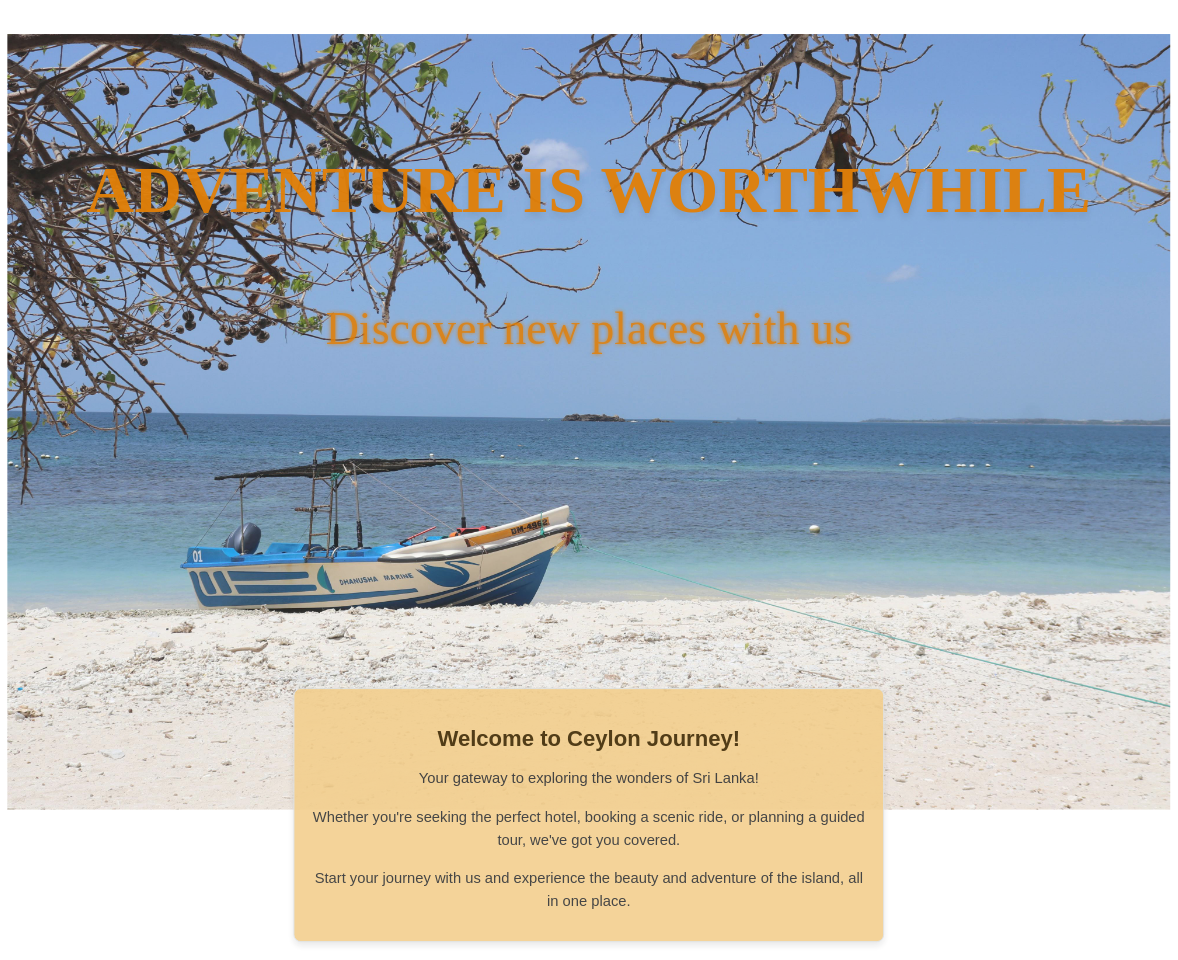
Repository: KasunInd27/Ceylon-Journey
Page: Home/home.html
An editor plug-in stored every save of this project. The page is shown before and after the next save, followed by the edit.
The browser window is 1280 px wide. The pictures show the whole page, at 92% of full size.

Above is the page before, as saved 2024-10-05 14:52:56.
Console error: SyntaxError: Unexpected token '<'

After the next save:
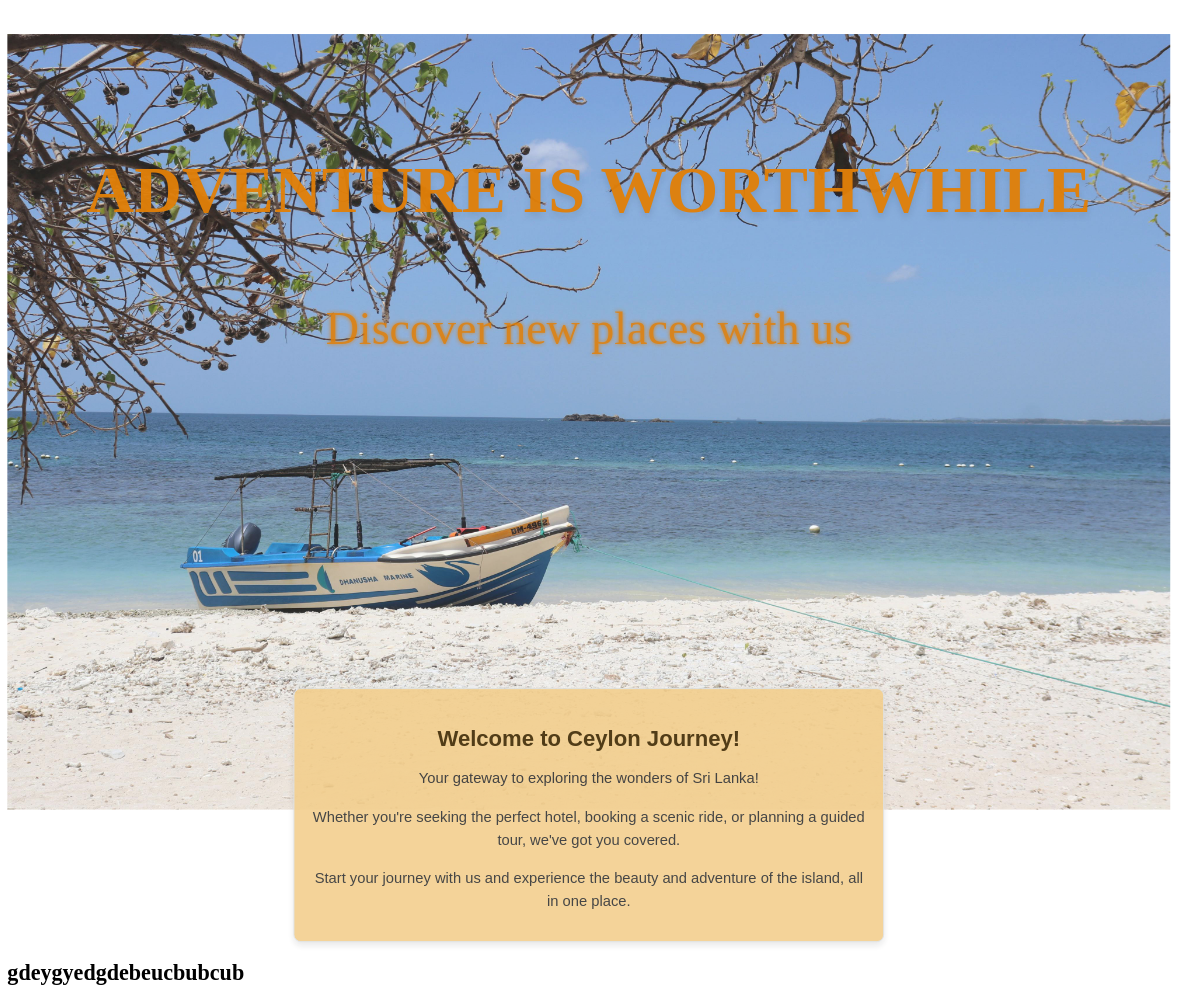
Saved 47 s later.
--- a/Home/home.html
+++ b/Home/home.html
@@ -36,7 +36,7 @@
     </section>
 
 
-
+    <h2>gdeygyedgdebeucbubcub</h2>
 
 
 
